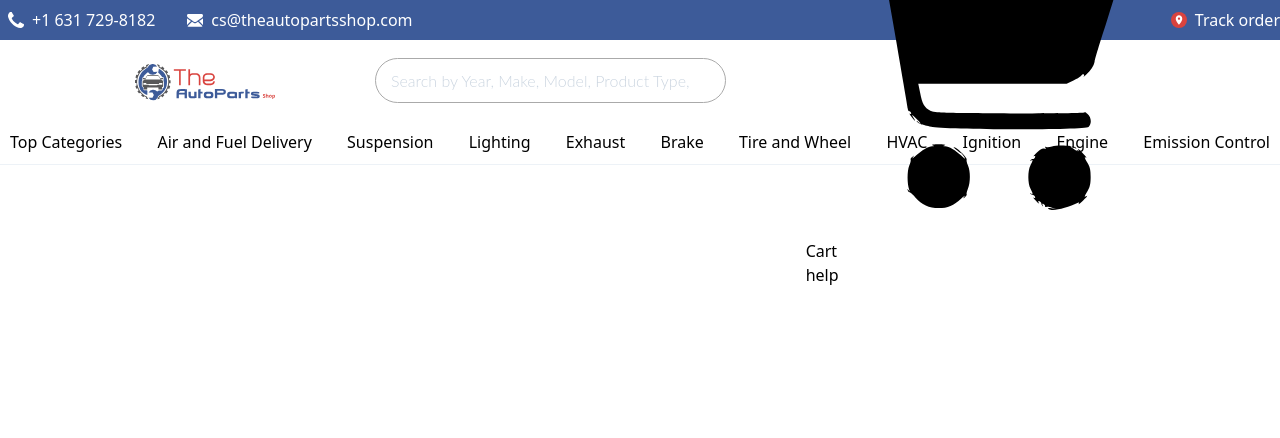
Repository: robindhimanspineor/TAPS-Next
Page: /
An editor plug-in stored every save of this project. The page is shown before and after the next save, followed by the edit.
The browser window is 1280 px wide. The pictures show the whole page.
The project was rebuilt for these pictures with package versions that can differ from the ones it lists, and the page was loaded fresh each time. The framework's server and built-in components were replaced by stand-ins that run in the browser. Also part of the build but not shown: next.config.js, src/components/common/header/navigation/shoppingcart/cartdropdown.tsx. Imported but missing from the stored project, and not drawn on this page: src/components/common/ClickAwayListener, src/components/common/queries/Cart, src/environment, src/utils/mutations.

Above is the page before, as saved 2021-09-16 17:51:25.

After the next save:
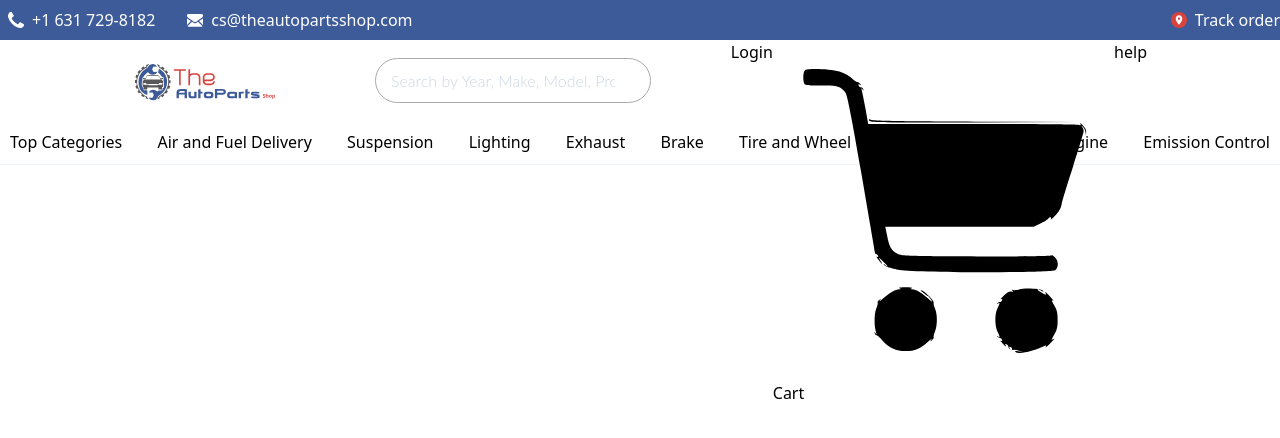
Saved 31 s later.
--- a/src/styles/main.css
+++ b/src/styles/main.css
@@ -106,3 +106,10 @@ a {
 .cart-buttons .buttons-list {
   width: 100%;
 }
+
+.cart-buttons .buttons-list>ul {
+  display: flex;
+  flex-wrap: nowrap;
+  height: 80px;
+  padding: 0;
+}
